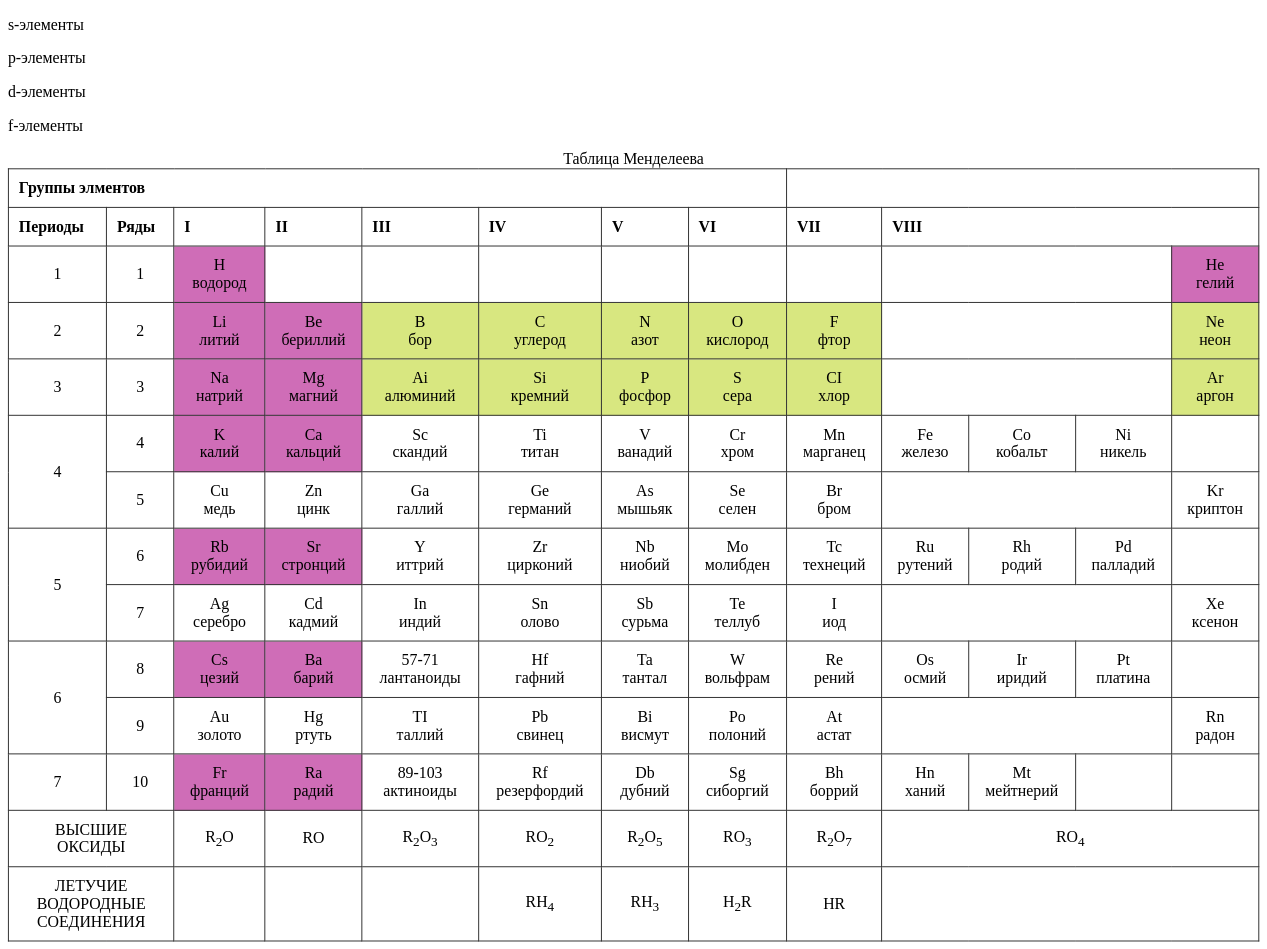
Repository: sannikovcode/exercises-a1
Page: JS/websites/01-periodic table/index.html
The author's editor kept a copy of each file at every save. The page is drawn from the files as they stood at one save, then again after the next save.
The browser window is 1280 px wide. The pictures show the whole page, at 99% of full size.

Above is the page before, as saved 2025-10-18 14:58:12.

After the next save:
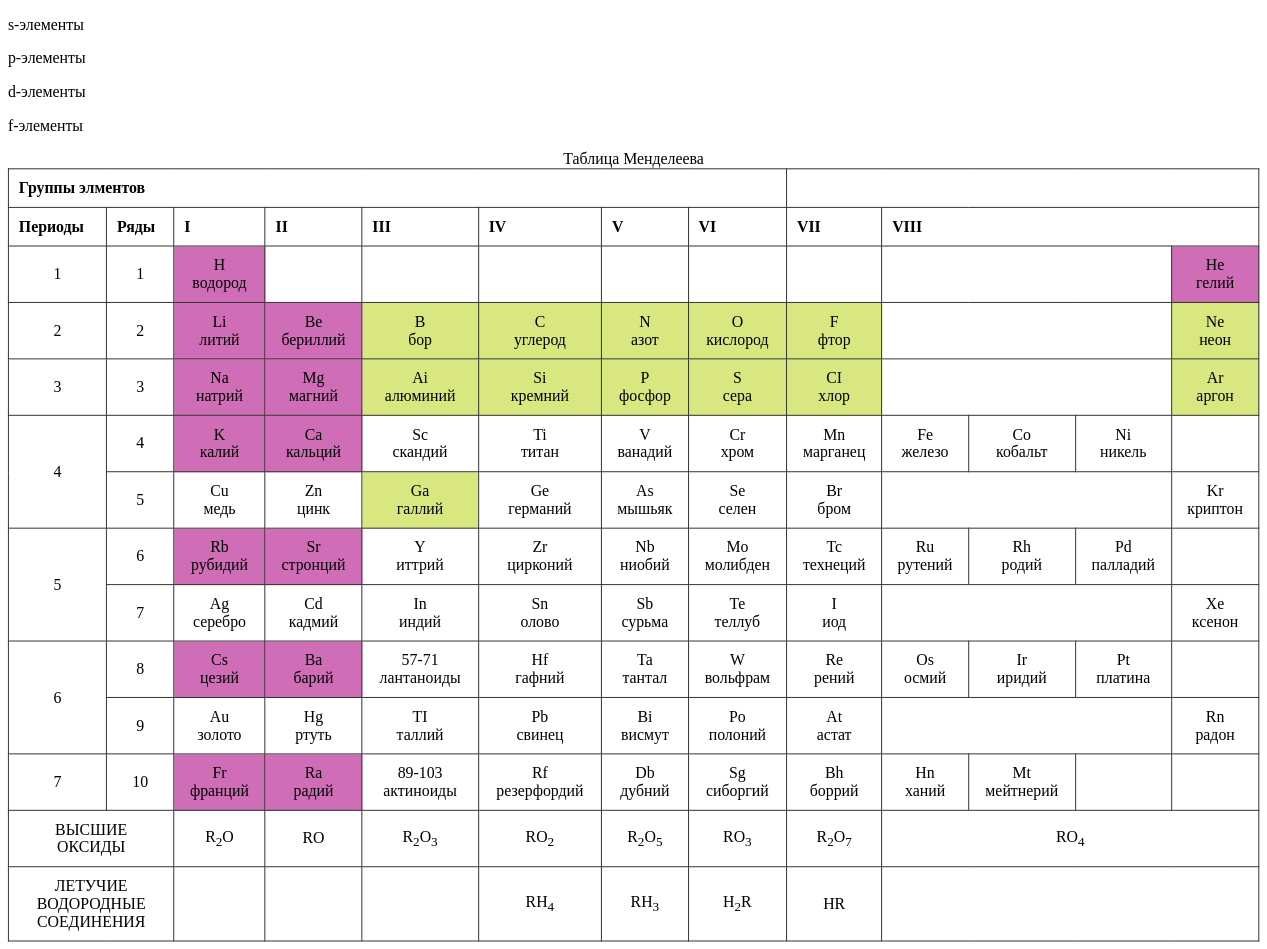
Saved 19 s later.
--- a/JS/websites/01-periodic table/index.html
+++ b/JS/websites/01-periodic table/index.html
@@ -90,7 +90,7 @@
                 <td>5</td>
                 <td>Cu<br>медь</td>
                 <td>Zn<br>цинк</td>
-                <td>Ga<br>галлий</td>
+                <td id="p">Ga<br>галлий</td>
                 <td>Ge<br>германий</td>
                 <td>As<br>мышьяк</td>
                 <td>Se<br>селен</td>
